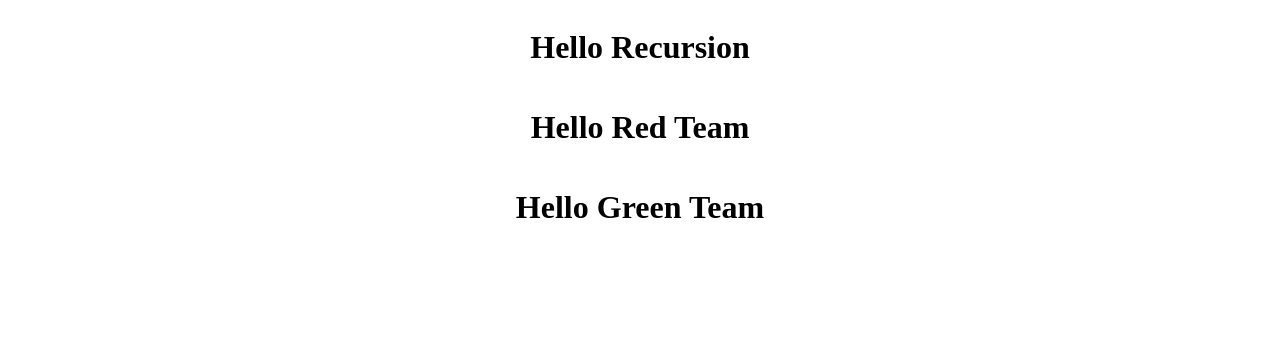
Repository: beginner-teamF/task1
Page: index.html
The author's editor kept a copy of each file at every save. The page is drawn from the files as they stood at one save, then again after a run of saves.
The browser window is 1280 px wide. The pictures show the whole page.

Above is the page before, as saved 2024-02-27 01:56:24.

After the next 3 saves:
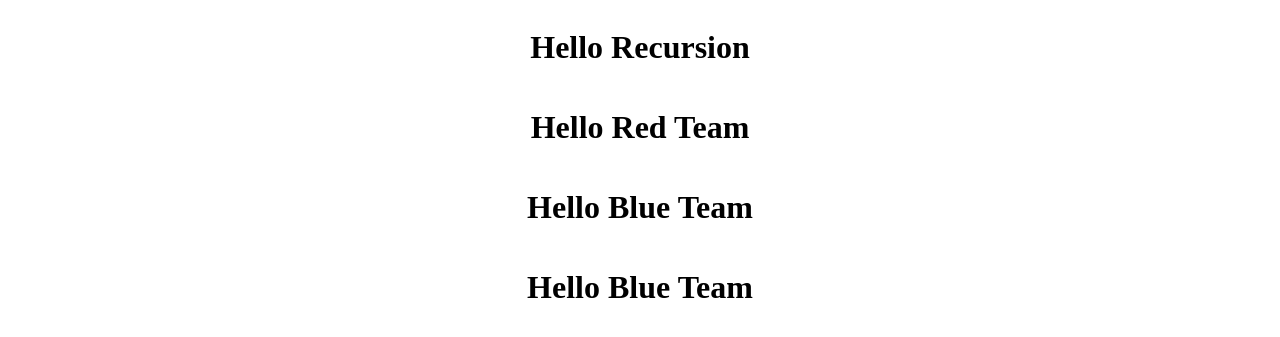
The 3 saves are shown as one change because they came seconds apart.
The last was saved 35 h 20 min later.
--- a/index.html
+++ b/index.html
@@ -11,7 +11,7 @@
     <div class="container">
         <h1>Hello Recursion</h1>
         <h1>Hello Red Team</h1>
-        <h1>Hello Green Team</h1>
+        <h1>Hello Blue Team</h1><h1>Hello Blue Team</h1
     </div>
 </body>
 </html>
